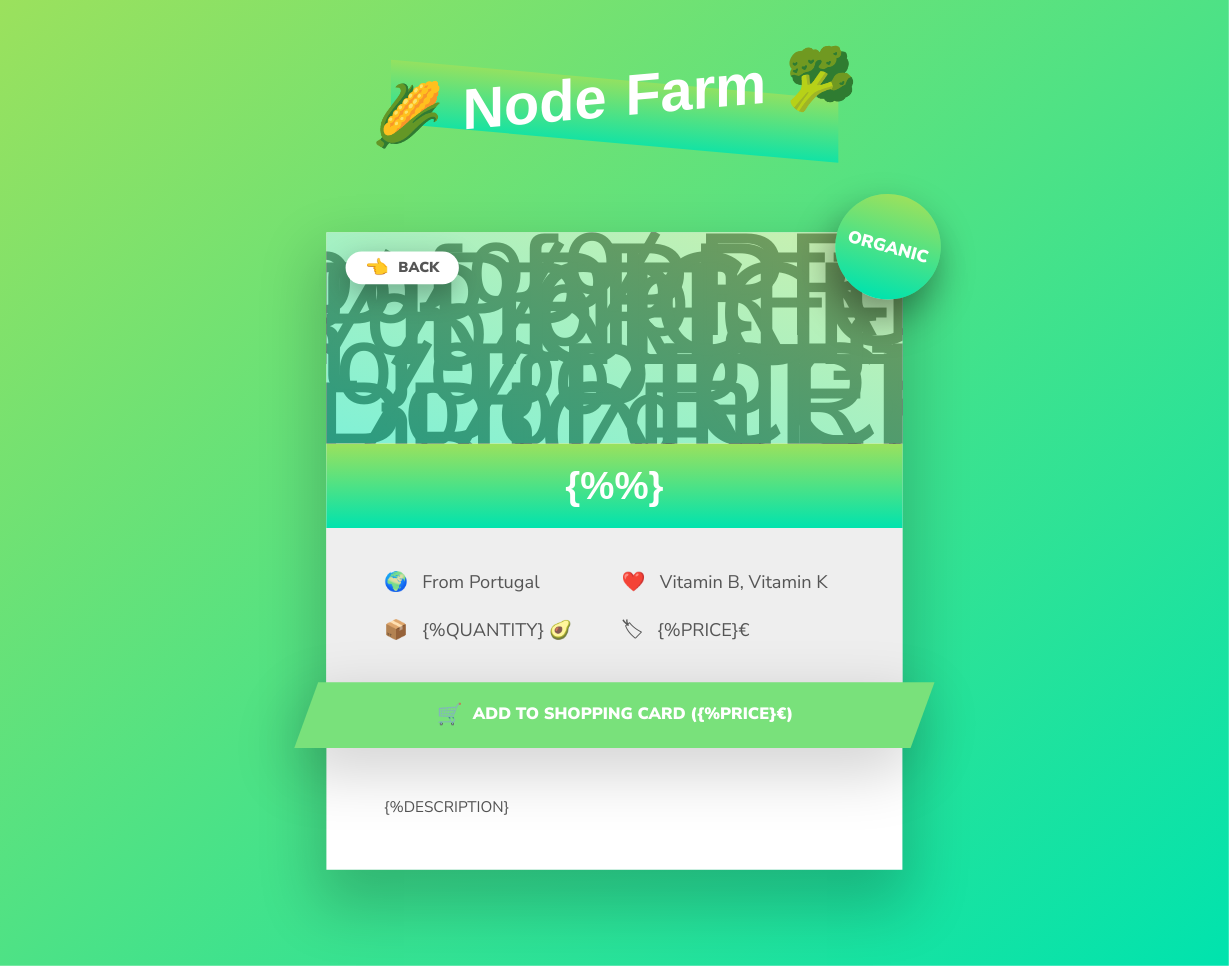
Repository: 13-Joban/Node_Farm_Backend
Page: templates/product.html
An editor plug-in stored every save of this project. The page is shown before and after a run of saves, followed by the edit.
The browser window is 1280 px wide. The pictures show the whole page, at 96% of full size.
Some web fonts or font styles are not loaded; a fallback is used.

Above is the page before, as saved 2022-07-16 17:30:17.

### templates/product.html
<!DOCTYPE html>
<html lang="en">
  <head>
    <meta charset="UTF-8" />
    <meta name="viewport" content="width=device-width, initial-scale=1.0" />
    <meta http-equiv="X-UA-Compatible" content="ie=edge" />

    <link
      href="https://fonts.googleapis.com/css?family=Megrim|Nunito+Sans:400,900"
      rel="stylesheet"
    />
    <link
      rel="icon"
      href="https://emojipedia-us.s3.dualstack.us-west-1.amazonaws.com/thumbs/240/apple/155/ear-of-maize_1f33d.png"
    />

    <title>Fresh Avocados 🥑 /// NODE FARM</title>

    <style>
      *,
      *::before,
      *::after {
        margin: 0;
        padding: 0;
        box-sizing: inherit;
      }

      html {
        font-size: 62.5%;
        box-sizing: border-box;
      }

      body {
        padding: 5rem 5rem 10rem;
        line-height: 1.7;
        font-family: 'Nunito Sans', sans-serif;
        color: #555;
        min-height: 100vh;
        background: linear-gradient(to bottom right, #9be15d, #00e3ae);
      }

      h1 {
        font-family: 'Megrim', sans-serif;
        font-size: 6rem;
        color: white;
        transform: skewY(-5deg);
        text-align: center;
        position: relative;
        word-spacing: 3px;
      }

      h1::before {
        content: '';
        display: block;
        height: 65%;
        width: 49%;
        position: absolute;
        top: 105%;
        left: 50%;
        background: linear-gradient(to bottom, #9be15d, #00e3ae);
        opacity: 0.8;
        z-index: -1;
        transform: skewY(370deg) translate(-50%, -50%);
      }

      .container {
        width: 95rem;
        margin: 0 auto;
      }

      .product {
        width: 60rem;
        margin: 0 auto;
        margin-top: 9rem;
        background: white;
        box-shadow: 0 3rem 6rem 1rem rgba(0, 0, 0, 0.2);
        position: relative;
      }

      .product__hero {
        position: relative;
        height: 22rem;
        overflow: hidden;
      }

      .product__hero::before {
        content: '';
        display: block;
        height: 100%;
        width: 100%;
        position: absolute;
        top: 0;
        left: 0;
        background-image: linear-gradient(to left bottom, #9be15d, #00e3ae);
        opacity: 0.5;
        z-index: 100;
      }

      .product__emoji {
        font-size: 15rem;
        position: absolute;
      }

      .product__emoji--1 {
        top: -4rem;
        left: -2rem;
        z-index: 10;
      }

      .product__emoji--2 {
        top: -6rem;
        left: 9rem;
      }

      .product__emoji--3 {
        top: -4rem;
        right: 15rem;
      }

      .product__emoji--4 {
        top: -5rem;
        right: 2rem;
        z-index: 10;
      }

      .product__emoji--5 {
        bottom: -9rem;
        left: 18rem;
      }

      .product__emoji--6 {
        bottom: -8rem;
        left: 5rem;
      }

      .product__emoji--7 {
        bottom: -12rem;
        right: 14rem;
      }

      .product__emoji--8 {
        bottom: -8rem;
        right: -2rem;
      }

      .product__emoji--9 {
        top: -7rem;
        left: 19rem;
      }

      .product__organic {
        position: absolute;
        top: -4rem;
        right: -4rem;
        z-index: 1000;
        height: 11rem;
        width: 11rem;
        background-image: linear-gradient(to bottom, #9be15d, #00e3ae);
        border-radius: 50%;
        transform: rotate(15deg);
        box-shadow: 0 2rem 4rem rgba(0, 0, 0, 0.4);
        display: flex;
        align-items: center;
        justify-content: center;
      }

      .product__organic h5 {
        font-weight: 900;
        text-transform: uppercase;
        font-size: 1.8rem;
        color: white;
      }

      .product__back:link,
      .product__back:visited {
        position: absolute;
        top: 2rem;
        left: 2rem;
        font-size: 1.5rem;
        font-weight: 700;
        text-transform: uppercase;
        text-decoration: none;
        z-index: 1000;
        color: #555;
        background-color: white;
        box-shadow: 0 1rem 3rem rgba(0, 0, 0, 0.3);
        border-radius: 100rem;
        padding: 0 2rem;
        transition: all 0.3s;
        display: flex;
        align-items: center;
      }

      .product__back:hover,
      .product__back:active {
        background-color: #79e17b;
      }

      .product__name {
        background: linear-gradient(to bottom, #9be15d, #00e3ae);
        padding: 1rem;
        font-family: 'Megrim', sans-serif;
        font-size: 4rem;
        color: white;
        text-align: center;
        word-spacing: 2px;
      }

      .product__details {
        background-color: #eee;
        padding: 4rem 6rem;
        font-size: 1.9rem;
        display: grid;
        grid-template-columns: 1fr 1fr;
        grid-gap: 1.5rem;
      }

      .product__description {
        padding: 5rem 6rem;
        font-size: 1.6rem;
        line-height: 1.8;
      }

      .product__link:link,
      .product__link:visited {
        display: block;
        background-color: #79e17b;
        color: white;
        font-size: 1.6rem;
        font-weight: 700;
        text-transform: uppercase;
        text-decoration: none;
        padding: 1.5rem;
        text-align: center;
        transform: scale(1.07) skewX(-20deg);
        box-shadow: 0 2rem 6rem rgba(0, 0, 0, 0.2);
        display: flex;
        align-items: center;
        justify-content: center;
        transition: all 0.3s;
      }

      .product__link:hover,
      .product__link:active {
        background-color: #9be15d;
        transform: scale(1.1) skewX(-20deg);
      }

      .product__link span {
        transform: skewX(20deg);
      }

      .emoji-left {
        font-size: 2rem;
        margin-right: 1rem;
      }

      .emoji-right {
        font-size: 2rem;
        margin-left: 1rem;
      }

      .not-organic {
        display: none;
      }
    </style>
  </head>

  <body>
    <div class="container">
      <h1>🌽 Node Farm 🥦</h1>

      <figure class="product">
        <div class="product__organic"><h5>Organic</h5></div>
        <a href="#" class="product__back">
          <span class="emoji-left">👈</span>Back
        </a>
        <div class="product__hero">
          <span class="product__emoji product__emoji--1">{%PRICE}</span>
          <span class="product__emoji product__emoji--2">{%PRICE}</span>
          <span class="product__emoji product__emoji--3">{%PRICE}</span>
          <span class="product__emoji product__emoji--4">{%PRICE}</span>
          <span class="product__emoji product__emoji--5">{%PRICE}</span>
          <span class="product__emoji product__emoji--6">{%PRICE}</span>
          <span class="product__emoji product__emoji--7">{%PRICE}</span>
          <span class="product__emoji product__emoji--8">{%PRICE}</span>
          <span class="product__emoji product__emoji--9">{%PRICE}</span>
        </div>
        <h2 class="product__name">{%%}</h2>
        <div class="product__details">
          <p><span class="emoji-left">🌍</span> From Portugal</p>
          <p><span class="emoji-left">❤️</span> Vitamin B, Vitamin K</p>
          <p><span class="emoji-left">📦</span> {%QUANTITY} 🥑</p>
          <p><span class="emoji-left">🏷</span> {%PRICE}€</p>
        </div>

        <a href="#" class="product__link">
          <span class="emoji-left">🛒</span>
          <span>Add to shopping card ({%PRICE}€)</span>
        </a>

        <p class="product__description">
          {%DESCRIPTION}
        </p>
      </figure>

    </div>
  </body>
</html>

After the next 3 saves:
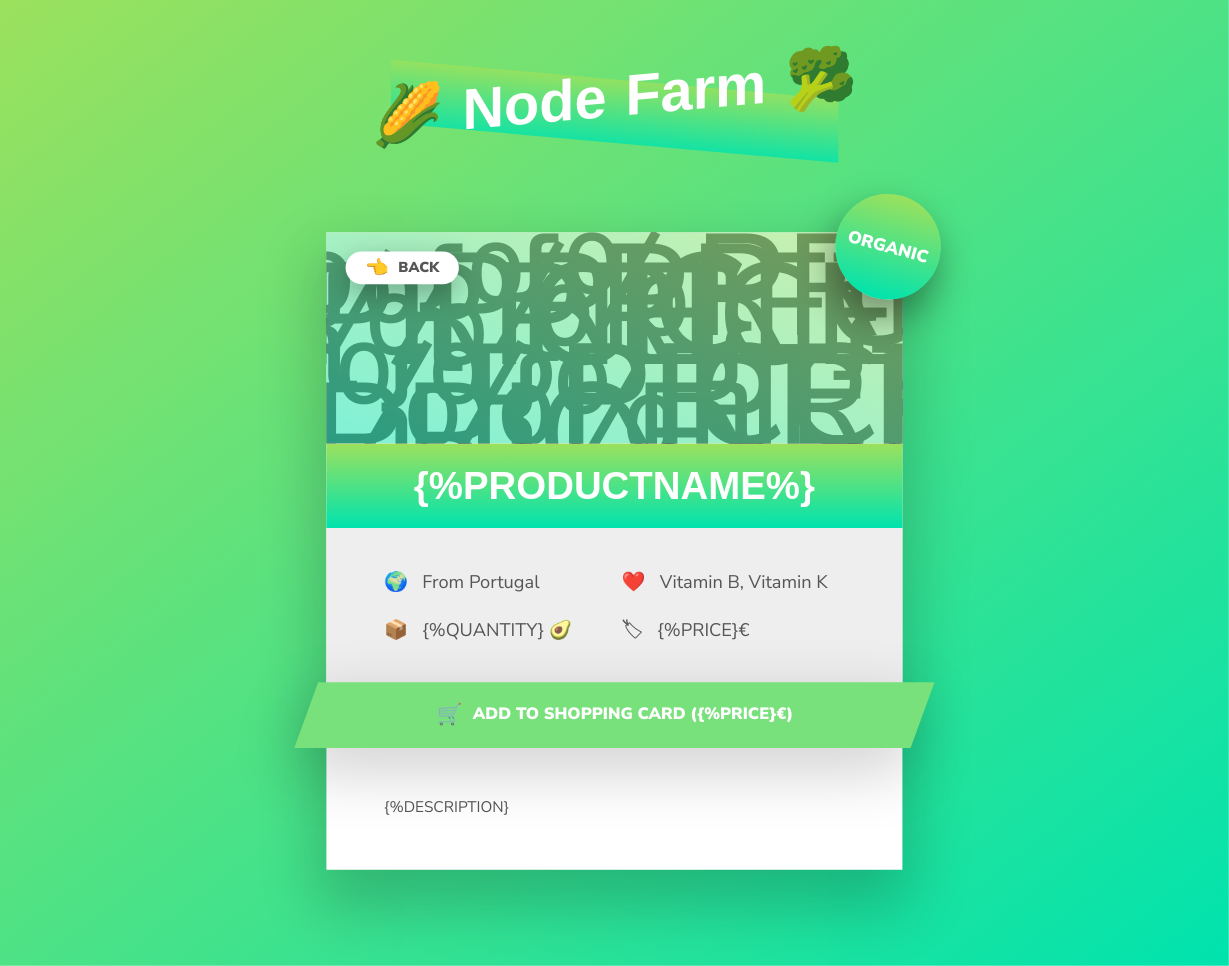
The 3 saves are shown as one change because they came seconds apart.
The last was saved 10 s later.
--- a/templates/product.html
+++ b/templates/product.html
@@ -286,7 +286,7 @@
           <span class="product__emoji product__emoji--8">{%PRICE}</span>
           <span class="product__emoji product__emoji--9">{%PRICE}</span>
         </div>
-        <h2 class="product__name">{%%}</h2>
+        <h2 class="product__name">{%PRODUCTNAME%}</h2>
         <div class="product__details">
           <p><span class="emoji-left">🌍</span> From Portugal</p>
           <p><span class="emoji-left">❤️</span> Vitamin B, Vitamin K</p>
